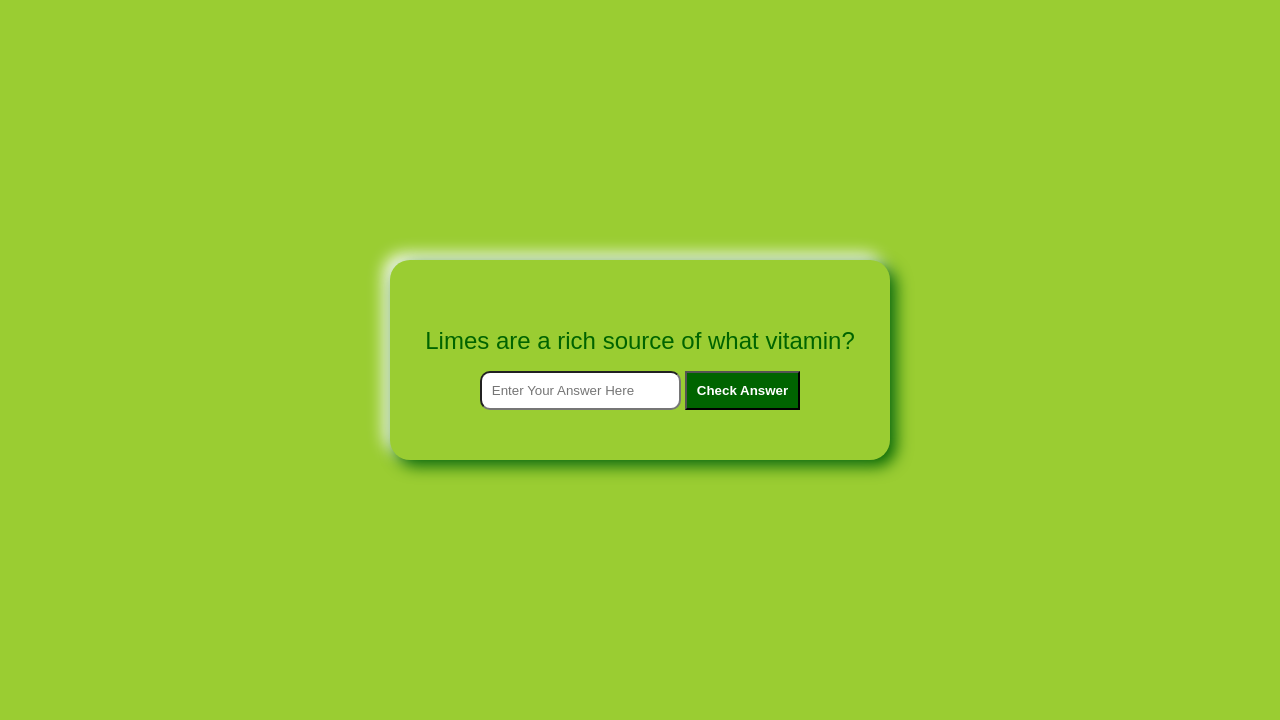
Repository: Joseph061200/Dynamic_Lab2
Page: joseph.html
An editor plug-in stored every save of this project. The page is shown before and after the next save, followed by the edit.
The browser window is 1280 px wide. The pictures show the whole page.

Above is the page before, as saved 2020-02-20 14:40:52.

After the next save:
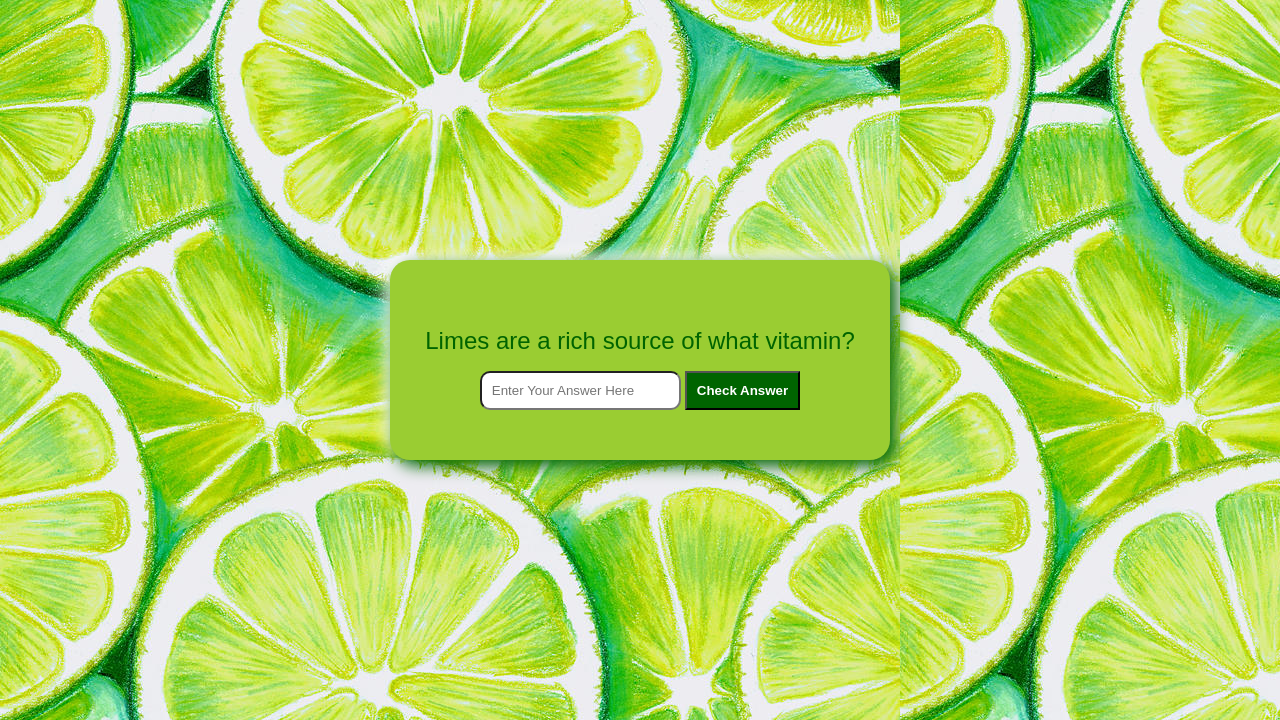
Saved 3 min 40 s later.
--- a/joseph.css
+++ b/joseph.css
@@ -8,6 +8,7 @@ body,html {
     justify-content: center;
     align-items: center;
     background-color: yellowgreen;
+    background-image: url("limes.jpg");
 }
 .pop_up{
     width: 500px;
